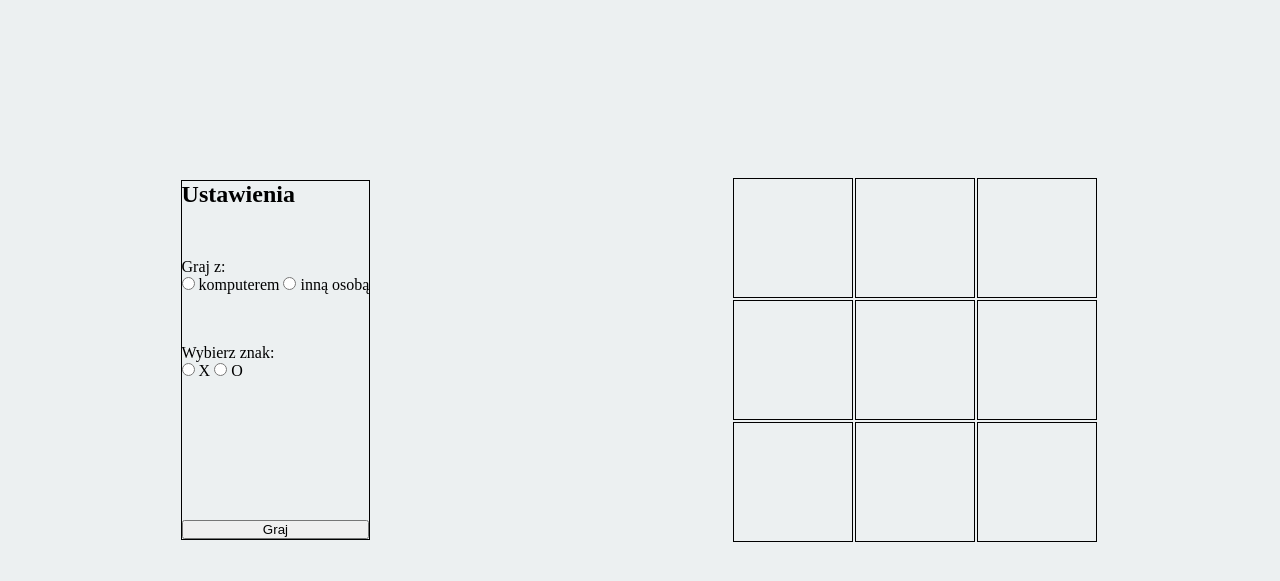
Repository: SebastianArmata22/Tic-Tac-Toe
Page: index.html
The author's editor kept a copy of each file at every save. The page is drawn from the files as they stood at one save, then again after the next save.
The browser window is 1280 px wide. The pictures show the whole page.

Above is the page before, as saved 2020-11-03 14:32:18.

After the next save:
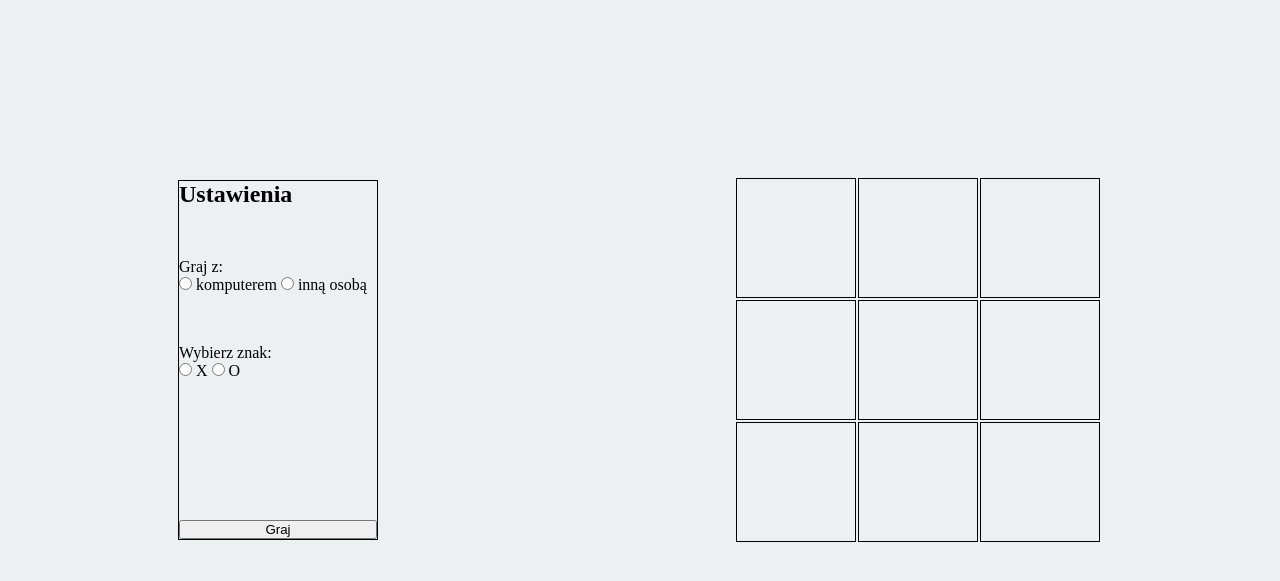
Saved 27 s later.
--- a/style.css
+++ b/style.css
@@ -27,7 +27,8 @@ transition: all 0.5s ease-out;
 .settings-div{
     height: 360px;
     position: relative;
-   border: 1px solid black;
+    border: 1px solid black;
+    width: 200px;
 }
 .game-btn{
     position: absolute;
